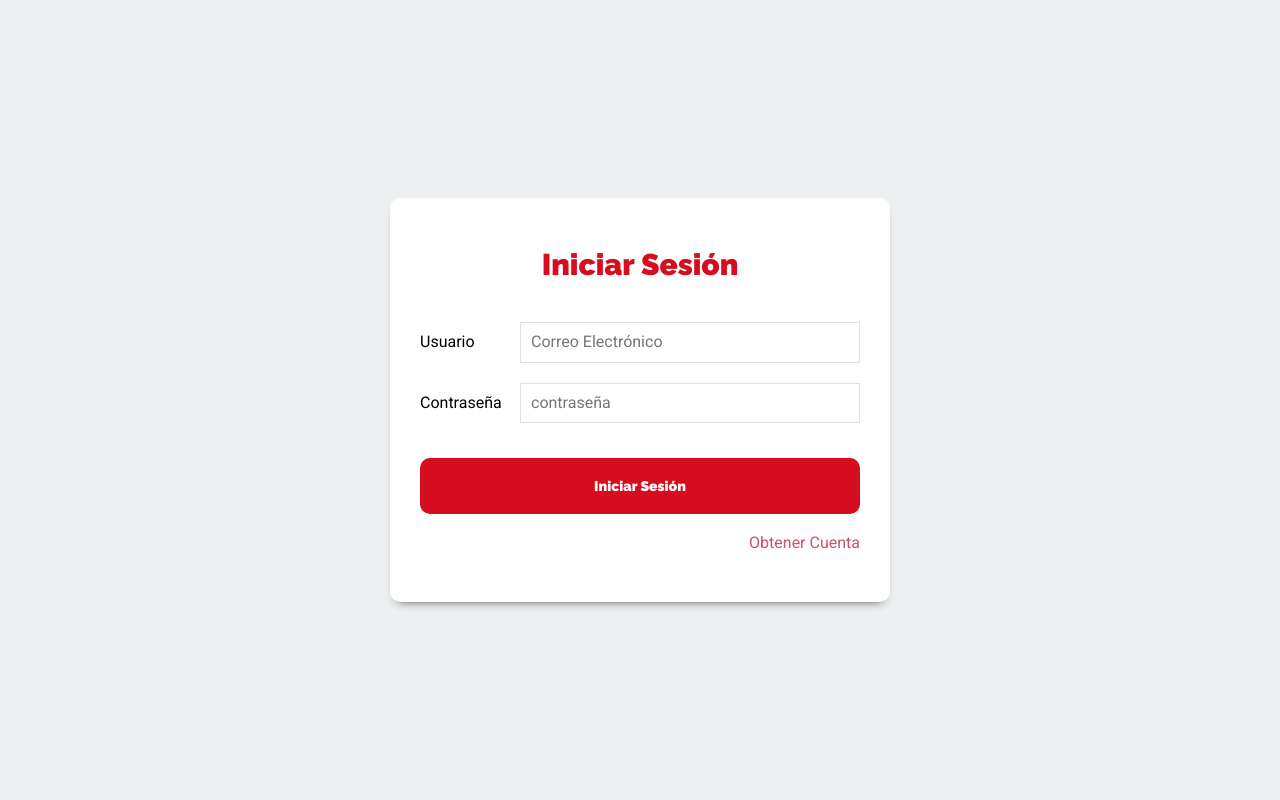
Repository: andrescovarrubias/admin-proyectos
Page: / (app in cliente/)
An editor plug-in stored every save of this project. The page is shown before and after the next save, followed by the edit.
The browser window is 1280 px wide. The pictures show the whole page.
The project was rebuilt for these pictures with package versions that can differ from the ones it lists, and the page was loaded fresh each time. Also part of the build but not shown: cliente/src/components/auth/NuevaCuenta.jsx, cliente/src/components/proyectos/NuevoProyecto.jsx, cliente/src/components/layout/SideBar.jsx, cliente/src/components/proyectos/Proyectos.jsx.

Above is the page before, as saved 2020-10-31 17:31:18.

### cliente/src/index.css
:root {
  --blanco: #ffffff;
  --blanco2: #fcf7ff;
  --blanco3: #ecf0f1;
  --azul1: #258ea6;
  --morado1: #4d376d;
  --morado2: #861657;
  --azul2: #1b065e;
  --azul3: #2e4052;
  --rojo: #d60d1e;
  --rojo2: #b8082c;
  --rojo3: #b91a2f;
  --headingFont: "Raleway", sans-serif;
  --textFont: "Roboto", sans-serif;
}
*,
*:before,
*:after {
  box-sizing: inherit;
}
html {
  box-sizing: border-box;
  height: 100%;
  font-size: 62.5%;
}
body {
  min-height: 100%;
  background-color: #ecf0f1;
  font-size: 16px;
  font-size: 1.6rem;
  font-family: var(--textFont);
}

h1,
h2 {
  font-family: var(--headingFont);
  font-weight: 900;
  margin: 0 0 4rem 0;
  text-align: center;
  color: var(--rojo);
}
h1 span {
  font-weight: 400;
}
h1 {
  font-size: 3rem;
}
h2 {
  font-size: 2.4rem;
}
ul {
  list-style: none;
  padding: 0;
  margin: 0;
}
a {
  text-decoration: none;
  color: var(--gris2);
}

/** BOTONES **/
.btn {
  margin-top: 2vh;
  font-family: var(--headingFont);
  padding: 20px;
  font-size: 14px;
  font-weight: bold;
  border-radius: 10px;
  border: none;
  transition: background-color 0.3s ease;
}
.btn:hover {
  cursor: pointer;
}
.btn-primario {
  background-color: var(--rojo);
  color: var(--blanco);
}
.btn-primario:hover {
  background: var(--rojo3);
}
.btn-secundario {
  background-color: var(--rojo2);
}
.btn-block {
  display: block;
  width: 100%;
}
.btn-submit:hover {
  background-color: #b91a2f;
}
.btn-blank {
  margin: 0;
  padding: 0;
  display: block;
  background-color: transparent;
}

@media (min-width: 768px) {
  .contenedor-app {
    display: flex;
    min-height: 100vh;
  }

  aside {
    background-color: var(--blanco);
    flex: 0 0 300px;
  }
  .seccion-principal {
    flex: 1;
  }
}

/* BARRA LATERAL */
aside {
  padding: 3rem;
}

.formulario-nuevo-proyecto {
  margin-top: 6rem;
}
.formulario-nuevo-proyecto .input-text {
  border-bottom: 1px solid var(--gris2);
  border-radius: 0;
  background-color: var(--gris1);
}
.formulario-nuevo-proyecto .input-text::placeholder {
  color: var(--gris2);
}
.proyectos {
  margin-top: 5vh;
}
.listado-proyectos li {
  margin-bottom: 2rem;
}
.listado-proyectos li a {
  font-size: 1.4rem;
  color: var(--gris2);
  line-height: 1.5;
  font-weight: 300;
}
.app-header {
  display: flex;
  justify-content: space-between;
  background-color: var(--gris2);
  padding: 4rem;
}
.nombre-usuario {
  color: var(--blanco);
  font-size: 2.2rem;
  margin: 0;
}
.nombre-usuario span {
  font-weight: 900;
}
.nav-principal a {
  color: var(--blanco);
  text-decoration: none;
}
.nav-principal a:first-of-type {
  margin-right: 2rem;
}

/** Formulario crear y editar tareas **/
.formulario {
  background-color: var(--gris3);
  padding: 4rem;
}
.formulario form {
  max-width: 600px;
  margin: 0 auto;
}
.contenedor-input {
  display: flex;
}
.contenedor-input label {
  margin-bottom: 1rem;
  color: var(--blanco);
}
.input-text {
  padding: 1rem;
  border: none;
  border-radius: 0.5rem;
  flex: 1;
  width: 100%;
}

/** TAREAS LISTADO **/
.contenedor-tareas {
  padding: 4rem;
}

.listado-tareas {
  max-width: 600px;
  margin: 0 auto;
}

.tarea {
  display: flex;
  justify-content: space-between;
  background-color: var(--blanco);
  padding: 0.5rem 2rem;
  align-items: center;
  margin-bottom: 1rem;
  border-radius: 0.5rem;
}
.sombra {
  -webkit-box-shadow: 0px 4px 10px -3px rgba(117, 117, 117, 1);
  -moz-box-shadow: 0px 4px 10px -3px rgba(117, 117, 117, 1);
  box-shadow: 0px 4px 10px -3px rgba(117, 117, 117, 1);
}
.sombra-dark {
  -webkit-box-shadow: 0px 6px 11px -8px rgba(0, 0, 0, 0.9);
  -moz-box-shadow: 0px 6px 11px -8px rgba(0, 0, 0, 0.9);
  box-shadow: 0px 6px 11px -8px rgba(0, 0, 0, 0.9);
}
.tarea .acciones .btn:first-of-type {
  margin-right: 1rem;
}
.tarea p {
  font-size: 1.6rem;
  flex: 1;
  padding-right: 2rem;
}
.tarea .btn {
  padding: 0.8rem;
  font-size: 1.4rem;
  border-radius: 0;
  margin: 0;
}

.estado {
  margin-right: 1rem;
}
.estado button,
.mensaje {
  font-weight: 900;
  font-family: var(--textFont);
  font-size: 1rem;
  padding: 0.5rem;
  border-radius: 0.5rem;
  cursor: pointer;
  border: none;
}
.mensaje {
  text-align: center;
  font-size: 1.6rem;
  border-radius: 0;
}
.mensaje:hover {
  cursor: default;
}
.completo,
.correcto {
  background-color: rgba(154, 252, 154, 0.3);
  color: var(--gris3);
}
.incompleto {
  background-color: rgba(255, 178, 178, 0.4);
  color: var(--gris3);
}
.error {
  max-width: 600px;
  margin: 2rem auto 0 auto;
  background-color: rgb(170, 0, 0);
  color: var(--blanco);
}

.tarea-enter,
.proyecto-enter {
  opacity: 0;
}
.tarea-enter-active,
.proyecto-enter-active {
  opacity: 1;
  transition: opacity 200ms;
}
.tarea-exit,
.proyecto-exit {
  opacity: 1;
}
.tarea-exit-active,
.proyecto-exit-active {
  opacity: 0;
  transition: opacity 200ms;
}

.form-usuario {
  height: 100vh;
  min-height: 800px;
  display: flex;
  align-items: center;
  justify-content: center;
}

.contenedor-form {
  padding: 5rem 3rem;
  max-width: 500px;
  width: 95%;
  background-color: var(--blanco);
  border-radius: 1rem;
}
.contenedor-form h1 {
  color: var(--rojo);
}

.campo-form {
  display: flex;
  margin-bottom: 2rem;
  align-items: center;
}
.campo-form:last-of-type {
  margin: 0;
}
.campo-form label {
  flex: 0 0 100px;
  font-family: var(--textFont);
}
.campo-form input[type="password"],
.campo-form input[type="email"],
.campo-form input[type="text"] {
  border: 1px solid #e1e1e1;
  padding: 1rem;
  flex: 1;
}

.enlace-cuenta {
  margin-top: 2rem;
  display: block;
  opacity: 0.7;
  float: right;
  color: var(--rojo2);
}
.enlace-cuenta:hover {
  text-decoration: underline var(--rojo);
}

.alerta {
  position: fixed;
  top: 0;
  left: 0;
  padding: 1rem 3rem;
  border-radius: 1rem;
  font-family: var(--headingFont);
  font-weight: 600;
  text-transform: uppercase;
  font-size: 2.2rem;
  text-align: center;
  width: 100%;
}
@media (min-width: 768px) {
  .alerta {
    width: auto;
    top: 30px;
    right: 10px;
    left: auto;
  }
}

.alerta-ok {
  background-color: rgb(109, 211, 109);
  color: rgb(2, 103, 2);
}
.alerta-error {
  background-color: rgb(230, 78, 78);
  color: var(--blanco);
}

### cliente/src/App.js
import React, {Fragment, useState, useEffect, useContext} from 'react';
import Login from './components/auth/Login';
import NuevaCuenta from './components/auth/NuevaCuenta';
import Proyectos from './components/proyectos/Proyectos';

import {BrowserRouter as Router, Switch, Route} from 'react-router-dom';


function App() {
  return (
    <Router>
      <Switch>
        <Route exact path='/' component = {Login} />
        <Route exact path='/nueva-cuenta' component = {NuevaCuenta} />
        <Route exact path='/proyectos' component = {Proyectos} />
      </Switch>
    </Router>
  );
}

export default App;

### cliente/src/components/auth/Login.jsx
import React, { useState } from 'react';
import {Link} from 'react-router-dom';


const Login = () => {

     // state para iniciar sesion
     const [usuario, guardarUsuario] = useState ({
          email:'',
          password:''
     });

     // extraer el usuario
     const {email, password} = usuario;

     const onChange = e => {
          guardarUsuario({
               ...usuario,
               [e.target.name] : e.target.value
          })
     }


     // cuando el usuario quiere iniciar sesion
     const onSubmit = e => {
          e.preventDefault();

          // validar que no haya campos vacios

          // contraseña minimo de 6 caracteres

          // contraseña iguales

          // pasarlo al action

     }

     return (
          <div className="form-usuario">
               <div className="contenedor-form sombra-dark">
                    <h1>Iniciar Sesión</h1>
                    <form
                         onSubmit = {onSubmit}
                    >
                         <div className="campo-form">
                              <label htmlFor="email">Usuario</label>
                              <input
                                   type="email"
                                   id="email"
                                   name="email"
                                   placeholder="Correo Electrónico"
                                   autocomplete="off"
                                   required
                                   value={email}
                                   onChange={onChange}
                              />
                         </div>
                         <div className="campo-form">
                              <label htmlFor="password">Contraseña</label>
                              <input
                                   type="password"
                                   id="password"
                                   name="password"
                                   placeholder="contraseña"
                                   autocomplete="off"
                                   value={password}
                                   required
                                   onChange={onChange}
                              />
                         </div>

                         <div className="campo-form">
                              <input type="submit" className=" btn btn-primario btn-block" value="Iniciar Sesión"/>
                         </div>
                    </form>
                    <Link to={'/nueva-cuenta'} className="enlace-cuenta">
                         Obtener Cuenta
                    </Link>
               </div>
          </div>
      );
}

export default Login;

Loaded but not shown: cliente/public/index.html (common file); cliente/src/index.js (common file); cliente/src/reportWebVitals.js (common file)

After the next save:
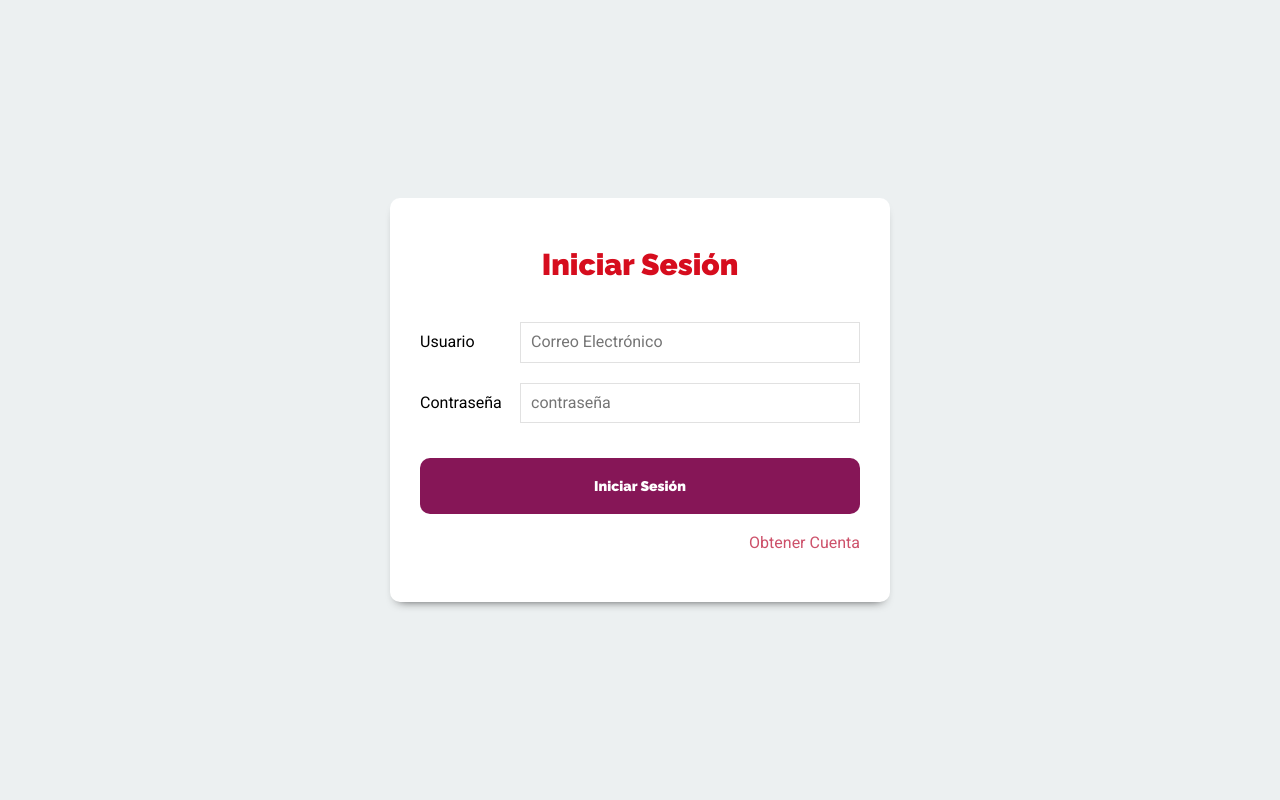
Saved 3 min 7 s later.
--- a/cliente/src/index.css
+++ b/cliente/src/index.css
@@ -73,11 +73,11 @@ a {
   cursor: pointer;
 }
 .btn-primario {
-  background-color: var(--rojo);
+  background-color: var(--morado2);
   color: var(--blanco);
 }
 .btn-primario:hover {
-  background: var(--rojo3);
+  background: var(--morado2);
 }
 .btn-secundario {
   background-color: var(--rojo2);
